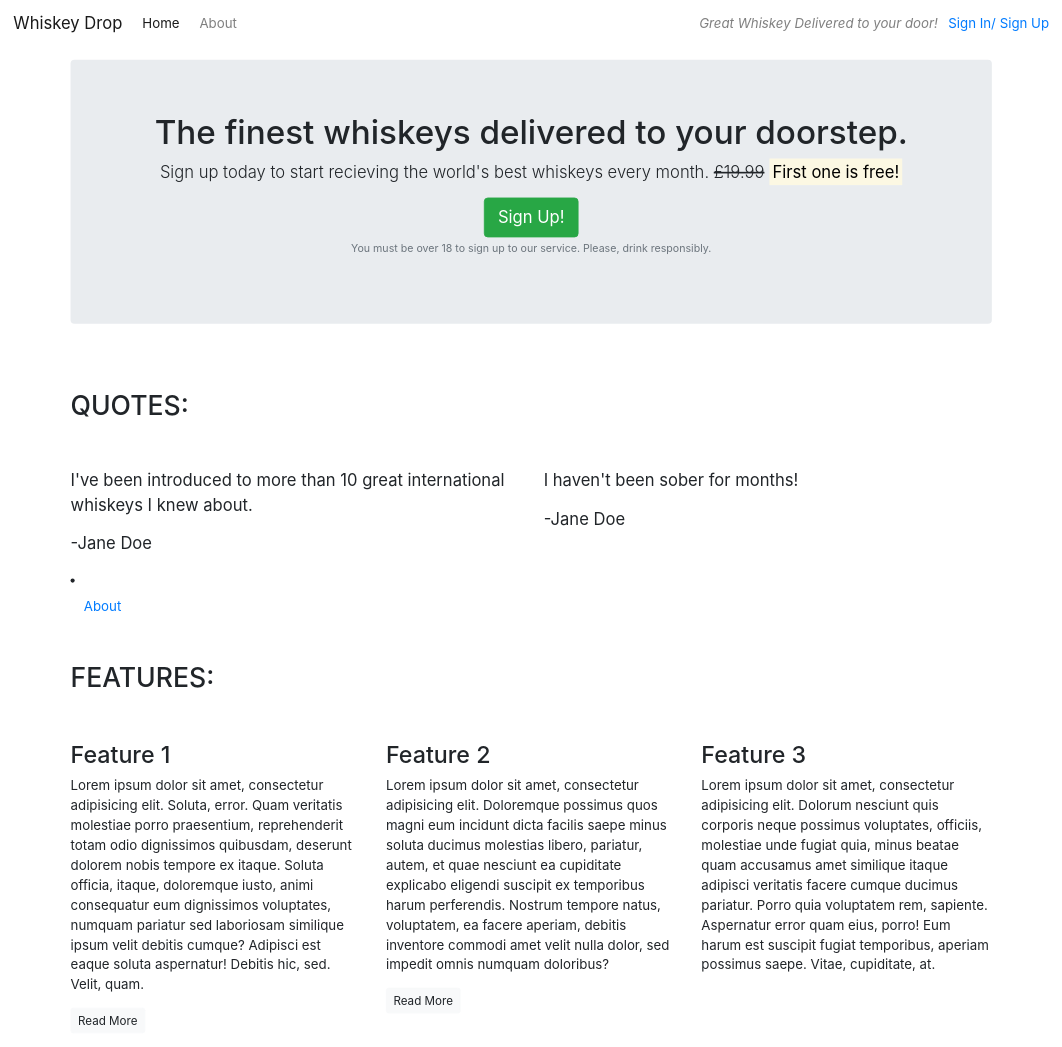
Repository: Leannald13/whiskey-project
Page: index.html
The author's editor kept a record of every edit. The page is drawn from the files as they stood at one moment, then again after the next edit.
The browser window is 1280 px wide. The pictures show the whole page, at 83% of full size.

Above is the page before.
Console error: TypeError: Cannot read properties of undefined (reading 'fn')

### index.html
<!DOCTYPE html>
<html lang="en">

<head>
    <meta charset="UTF-8">
    <meta name="viewport" content="width=device-width, initial-scale=1.0">
    <meta http-equiv="X-UA-Compatible" content="ie=edge">
    <link rel="stylesheet" href="https://stackpath.bootstrapcdn.com/bootstrap/4.1.3/css/bootstrap.min.css" integrity="sha384-MCw98/SFnGE8fJT3GXwEOngsV7Zt27NXFoaoApmYm81iuXoPkFOJwJ8ERdknLPMO" crossorigin="anonymous">
    <script src="https://stackpath.bootstrapcdn.com/bootstrap/4.1.3/js/bootstrap.min.js" integrity="sha384-ChfqqxuZUCnJSK3+MXmPNIyE6ZbWh2IMqE241rYiqJxyMiZ6OW/JmZQ5stwEULTy" crossorigin="anonymous"></script>
    <title>Whiskey Drop: Taste a new whiskey every month</title>
</head>

<body>
    <nav class="navbar navbar-light bg-navbar navbar-expand-sm">
    <a href= "/" class="navbar-brand">Whiskey Drop</a>
    <ul class="navbar-nav mr-auto">
        <li class="active nav-item mr-2"><a class="nav-link" href="/">Home</a></li>
        <li class="nav-item mr-2"><a class="nav-link" href="/about">About</a></li>
        <li class="nav-item mr-2 d-block d-sm-none"><a class="nav-link" href="/login">Sign In/ Sign Up!</a></li>
        </ul>
        <div class="d-none d-md-block">
        <p class="navbar-text my-auto mr-2"><i>Great Whiskey Delivered to your door!</i></p>
        <a href="/login">Sign In/ Sign Up</a>
        </div>
    </nav>
    <article class="container mt-3">
        <div class="row">
            <div class="col-12">
                <section class="callout jumbotron text-center">
                    <h1>The finest whiskeys delivered to your doorstep.</h1>
                    <p class="lead">Sign up today to start recieving the world's best whiskeys every month.
                        <s class="d-none d-sm-inline">£19.99</s>
                        <span class="d-inline d-sm-none"><br></span>
                        <strong><mark>First one is free!</mark></strong></p>
                    <button class="btn btn-success btn-lg">Sign Up!</button>
                    <p class="text-muted"><small>You must be over 18 to sign up to our service. Please, drink responsibly.</small></p>
                </section>
            </div>
        </div>
        <section class="quotes">
            <div class="row">
                <div class="col-12 my-5">
                    <h2 class="text-uppercase">Quotes:</h2>
                </div>
            </div>
            <div class="row">
                <div class="col-12 col-md-6">
                    <div class="media"></div>
                    <blockquote class="blockquote">
                        <p>I've been introduced to more than 10 great international whiskeys I knew about.</p>
                        <p>-Jane Doe</p>
                    </blockquote>
                    <li class="nav-item mr-2"><a class="nav-link" href="/about">About</a></li>
                </div>
                <div class="col-12 col-md-6">
                    <blockquote class="blockquote">
                        <p>I haven't been sober for months!</p>
                        <p>-Jane Doe</p>
                    </blockquote>
                </div>
            </div>
        </section>
        <section class="features">
            <div class="row">
                <div class="col-12 my-5">
                    <h2 class="text-uppercase">Features:</h2>
                </div>
            </div>
            <div class="row">
                <div class="col-12 col-md-6 col-lg-4">
                    <div class="feature">
                        <h3>Feature 1</h3>
                        <p>Lorem ipsum dolor sit amet, consectetur adipisicing elit. Soluta, error. Quam veritatis molestiae porro praesentium, reprehenderit totam odio dignissimos quibusdam, deserunt dolorem nobis tempore ex itaque. Soluta officia, itaque,
                            doloremque iusto, animi consequatur eum dignissimos voluptates, numquam pariatur sed laboriosam similique ipsum velit debitis cumque? Adipisci est eaque soluta aspernatur! Debitis hic, sed. Velit, quam.</p>
                        <p><a class="btn btn-sm btn-light" href="">Read More</a></p>
                    </div>
                </div>
                <div class="col-12 col-md-6 col-lg-4">
                    <div class="feature">
                        <h3>Feature 2</h3>
                        <p>Lorem ipsum dolor sit amet, consectetur adipisicing elit. Doloremque possimus quos magni eum incidunt dicta facilis saepe minus soluta ducimus molestias libero, pariatur, autem, et quae nesciunt ea cupiditate explicabo eligendi
                            suscipit ex temporibus harum perferendis. Nostrum tempore natus, voluptatem, ea facere aperiam, debitis inventore commodi amet velit nulla dolor, sed impedit omnis numquam doloribus?</p>
                        <p><a class="btn btn-sm btn-light" href="">Read More</a></p>
                    </div>
                </div>
                <div class="col-12 d-md-none d-lg-block col-lg-4">
                    <div class="feature">
                        <h3>Feature 3</h3>
                        <p>Lorem ipsum dolor sit amet, consectetur adipisicing elit. Dolorum nesciunt quis corporis neque possimus voluptates, officiis, molestiae unde fugiat quia, minus beatae quam accusamus amet similique itaque adipisci veritatis facere
                            cumque ducimus pariatur. Porro quia voluptatem rem, sapiente. Aspernatur error quam eius, porro! Eum harum est suscipit fugiat temporibus, aperiam possimus saepe. Vitae, cupiditate, at.</p>
                    </div>
                </div>
            </div>


        </section>
    </article>

</body>

</html>

After the next edit:
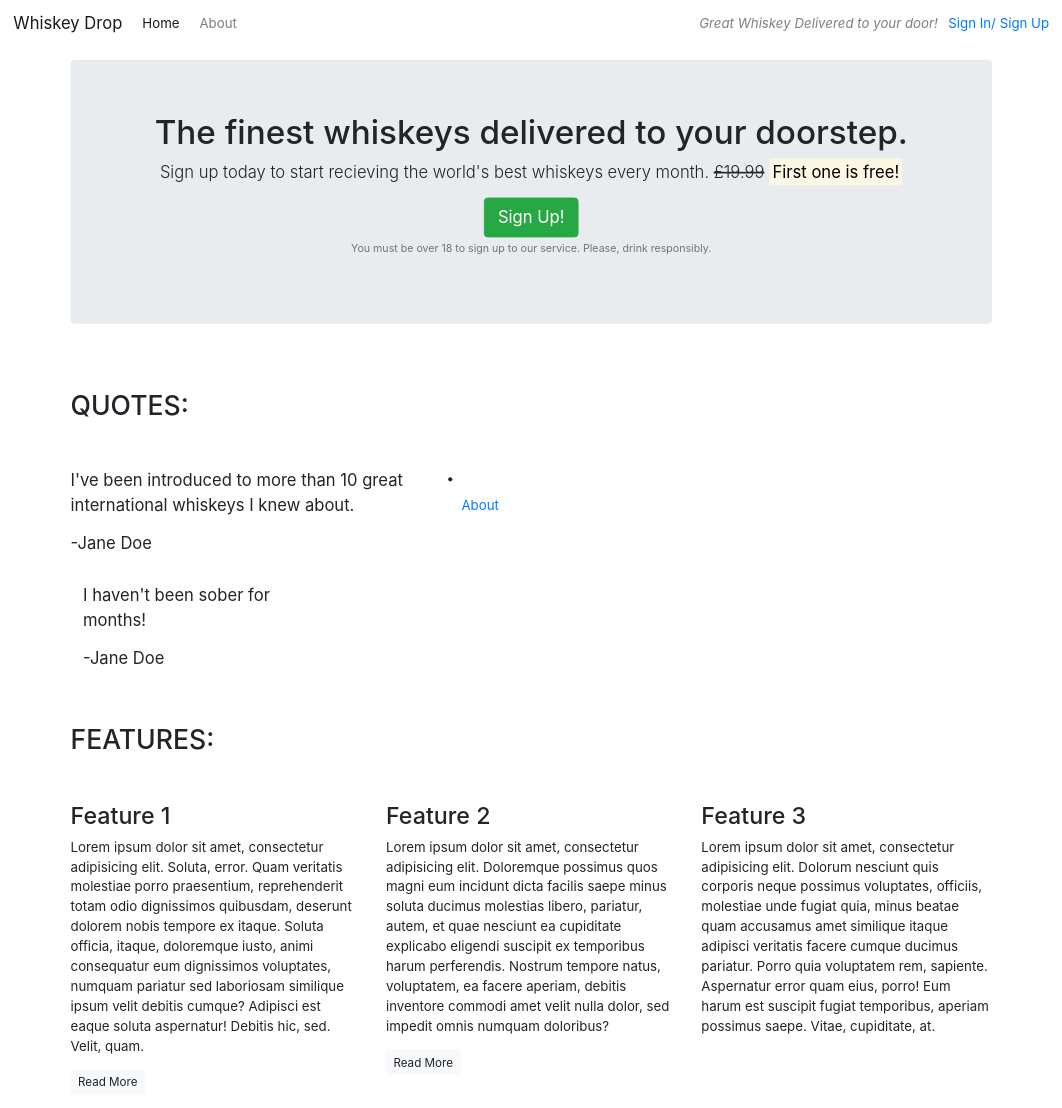
The edit:
--- a/index.html
+++ b/index.html
@@ -45,7 +45,7 @@
             </div>
             <div class="row">
                 <div class="col-12 col-md-6">
-                    <div class="media"></div>
+                    <div class="media">
                     <blockquote class="blockquote">
                         <p>I've been introduced to more than 10 great international whiskeys I knew about.</p>
                         <p>-Jane Doe</p>
